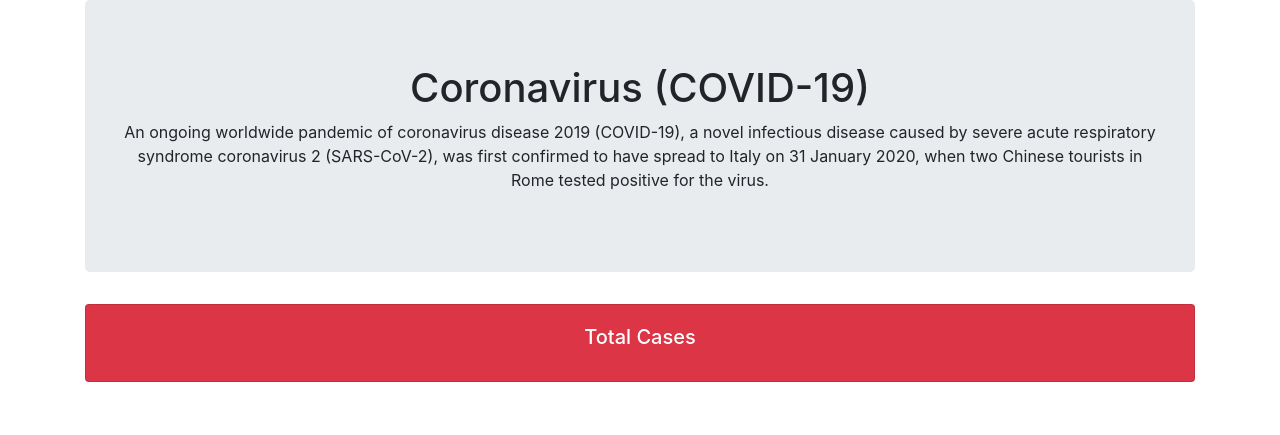
Repository: ahmadsaadkhan/react-covid-app
Page: /
These files come from the project's save history. The page is drawn as it stood at one moment and after a run of saves; the edit follows.
The browser window is 1280 px wide. The pictures show the whole page.
The page's requests for data from a server got no answer. The project was rebuilt for these pictures with package versions that can differ from the ones it lists, and the page was loaded fresh each time. No one was signed in, and anything a server would have sent is missing.

Above is the page before, as saved 2021-04-19 15:51:20.

### public/index.html
<!DOCTYPE html>
<html lang="en">

<head>
    <meta charset="utf-8" />
    <link rel="icon" href="%PUBLIC_URL%/favicon.ico" />
    <meta name="viewport" content="width=device-width, initial-scale=1" />
    <meta name="theme-color" content="#000000" />
    <meta name="description" content="Web site created using create-react-app" />
    <link rel="apple-touch-icon" href="%PUBLIC_URL%/logo192.png" />
    <!--
      manifest.json provides metadata used when your web app is installed on a
      user's mobile device or desktop. See https://developers.google.com/web/fundamentals/web-app-manifest/
    -->
    <link rel="manifest" href="%PUBLIC_URL%/manifest.json" />
    <link rel="stylesheet" href="https://cdn.jsdelivr.net/npm/bootstrap@4.6.0/dist/css/bootstrap.min.css" integrity="sha384-B0vP5xmATw1+K9KRQjQERJvTumQW0nPEzvF6L/Z6nronJ3oUOFUFpCjEUQouq2+l" crossorigin="anonymous" />
    <!--
      Notice the use of %PUBLIC_URL% in the tags above.
      It will be replaced with the URL of the `public` folder during the build.
      Only files inside the `public` folder can be referenced from the HTML.

      Unlike "/favicon.ico" or "favicon.ico", "%PUBLIC_URL%/favicon.ico" will
      work correctly both with client-side routing and a non-root public URL.
      Learn how to configure a non-root public URL by running `npm run build`.
    -->
    <title>React App</title>
</head>

<body>
    <noscript>You need to enable JavaScript to run this app.</noscript>
    <div id="root"></div>
    <!--
      This HTML file is a template.
      If you open it directly in the browser, you will see an empty page.

      You can add webfonts, meta tags, or analytics to this file.
      The build step will place the bundled scripts into the <body> tag.

      To begin the development, run `npm start` or `yarn start`.
      To create a production bundle, use `npm run build` or `yarn build`.
    -->
</body>

</html>

### src/App.js
import './App.css';
import { useState } from 'react';
import { useEffect } from 'react';

function App() {

  const [Covid_Data, setCovid_Data] = useState(null);

  const getData = () => {
    fetch("https://vaccovid-coronavirus-vaccine-and-treatment-tracker.p.rapidapi.com/api/npm-covid-data/world", {
      "method": "GET",
      "headers": {
        "x-rapidapi-key": "3d33dc1e13mshc5f97558480723fp15e23bjsnc1db1b7183da",
        "x-rapidapi-host": "vaccovid-coronavirus-vaccine-and-treatment-tracker.p.rapidapi.com"
      }
    })
      .then(response => {
        return response.json();
      })
      .then(data => {
        console.log(data);
        setCovid_Data(data);
      })
      .catch(err => {
        console.error(err);
      });


  }

  useEffect(() => {
    getData()
  }, [])

  return (
    <div className="App">
      <div className="container">

        <div class="jumbotron text-center">
          <h1>Coronavirus (COVID-19)</h1>
          <p>An ongoing worldwide pandemic of coronavirus disease 2019 (COVID-19), a novel infectious disease caused by severe acute respiratory syndrome coronavirus 2 (SARS-CoV-2), was first confirmed to have spread to Italy on 31 January 2020, when two Chinese tourists in Rome tested positive for the virus.</p>
        </div>
        <div class="card text-white bg-danger mb-3">
          <div class="card-body">
            <h5 class="card-title"> Total Cases {Covid_Data && Covid_Data[0].TotalCases}</h5>
          </div>
        </div>

      </div>
    </div>
  );
}

export default App;

Loaded but not shown: src/index.js (common file); src/index.css (common file); src/App.css (common file)

After the next 2 saves:
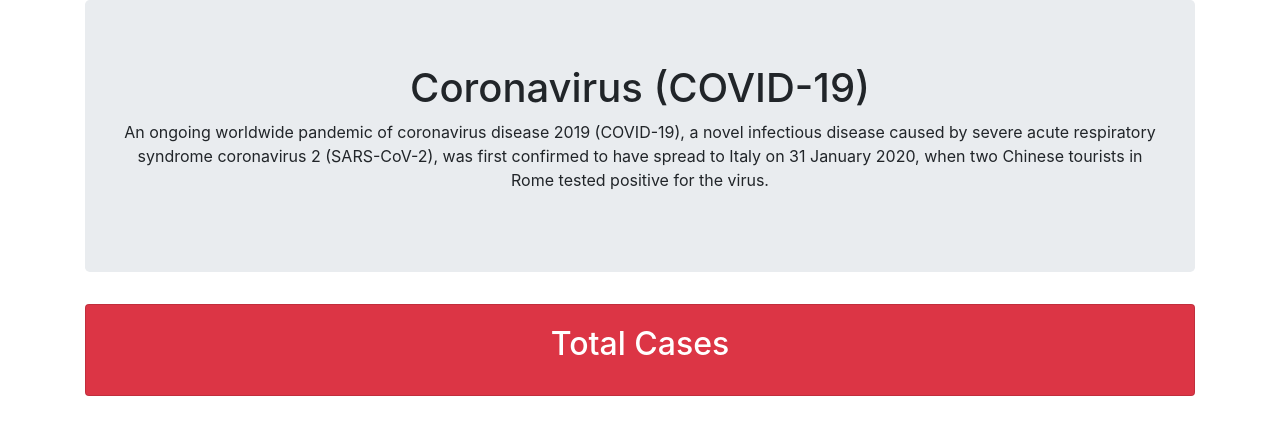
The 2 saves are shown as one change because 1 did not build or start.
The last was saved 21 s later.
--- a/src/App.js
+++ b/src/App.js
@@ -42,7 +42,7 @@ function App() {
         </div>
         <div class="card text-white bg-danger mb-3">
           <div class="card-body">
-            <h5 class="card-title"> Total Cases {Covid_Data && Covid_Data[0].TotalCases}</h5>
+            <h2 class="card-title"> Total Cases {Covid_Data && Covid_Data[0].TotalCases}</h2>
           </div>
         </div>
 
